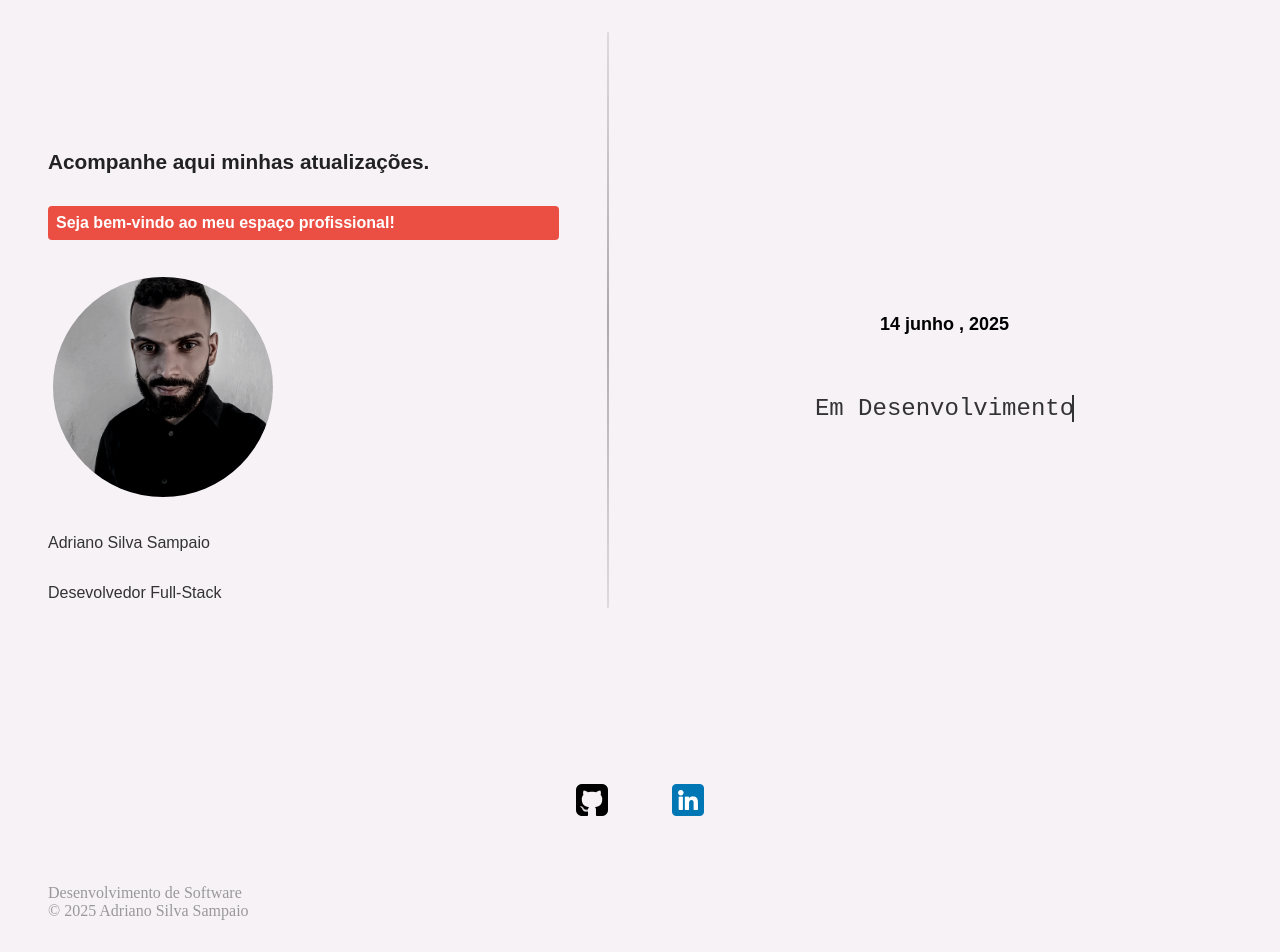
Repository: umdevadriano/portifolio2025
Page: /
The author's editor kept a copy of each file at every save. The page is drawn from the files as they stood at one save, then again after the next save.
The browser window is 1280 px wide. The pictures show the whole page.
The project was rebuilt for these pictures with package versions that can differ from the ones it lists, and the page was loaded fresh each time. Also part of the build but not shown: vite.config.ts.

Above is the page before, as saved 2025-06-22 20:01:33.

After the next save:
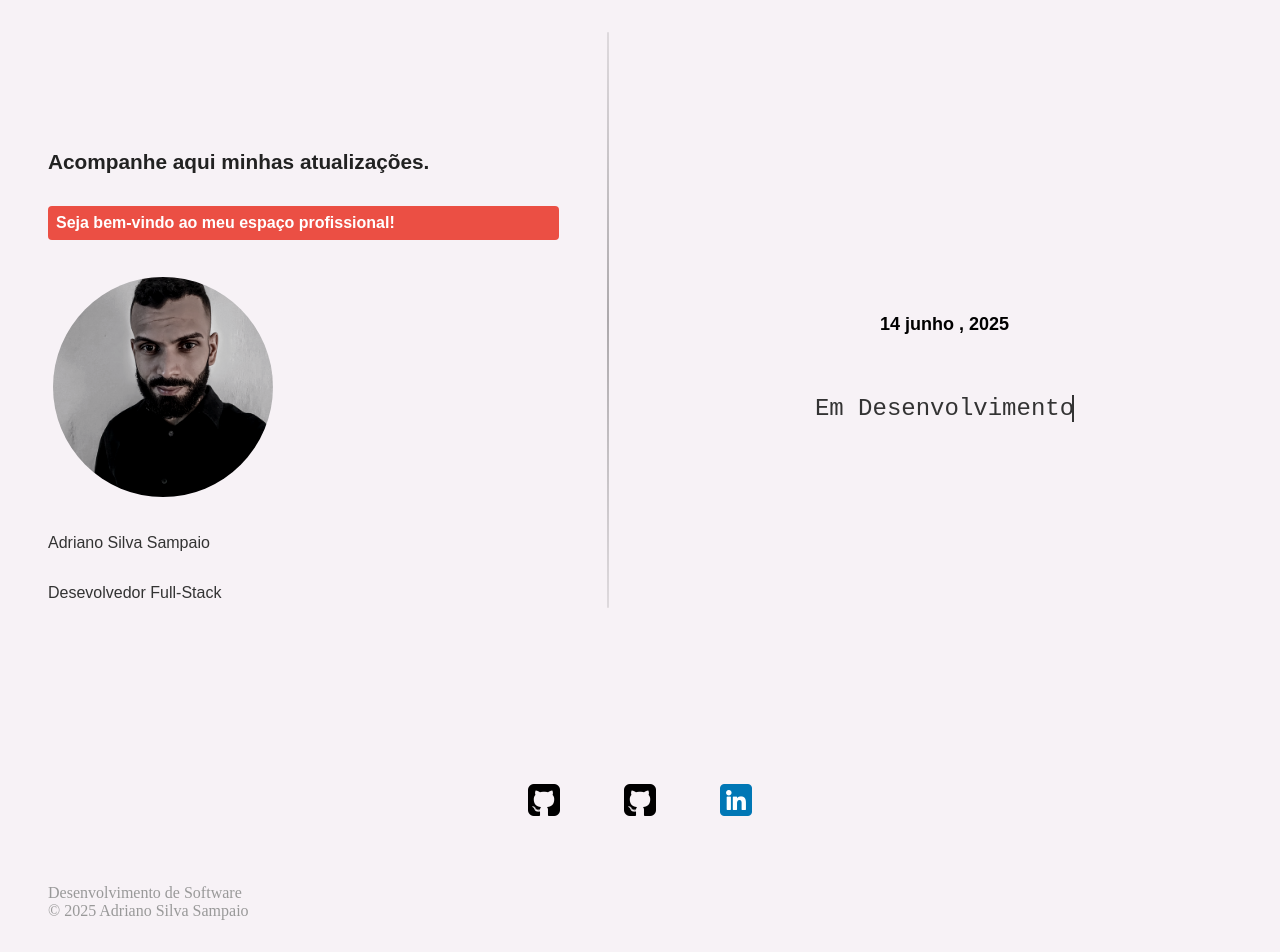
Saved 2 min 20 s later.
--- a/src/componentes/containerPrincipal/ContainerPrincipal.tsx
+++ b/src/componentes/containerPrincipal/ContainerPrincipal.tsx
@@ -10,6 +10,7 @@ const ano = data.getFullYear();
 function ContainerPrincipal() {
 
   const redes = [
+    { src: github, link: 'https://github.com/adrianodisam' },
     { src: github, link: 'https://github.com/umdevadriano' },
     { src: linkedin, link: 'https://www.linkedin.com/in/adriano-silva-sampaio/' }
   ];
